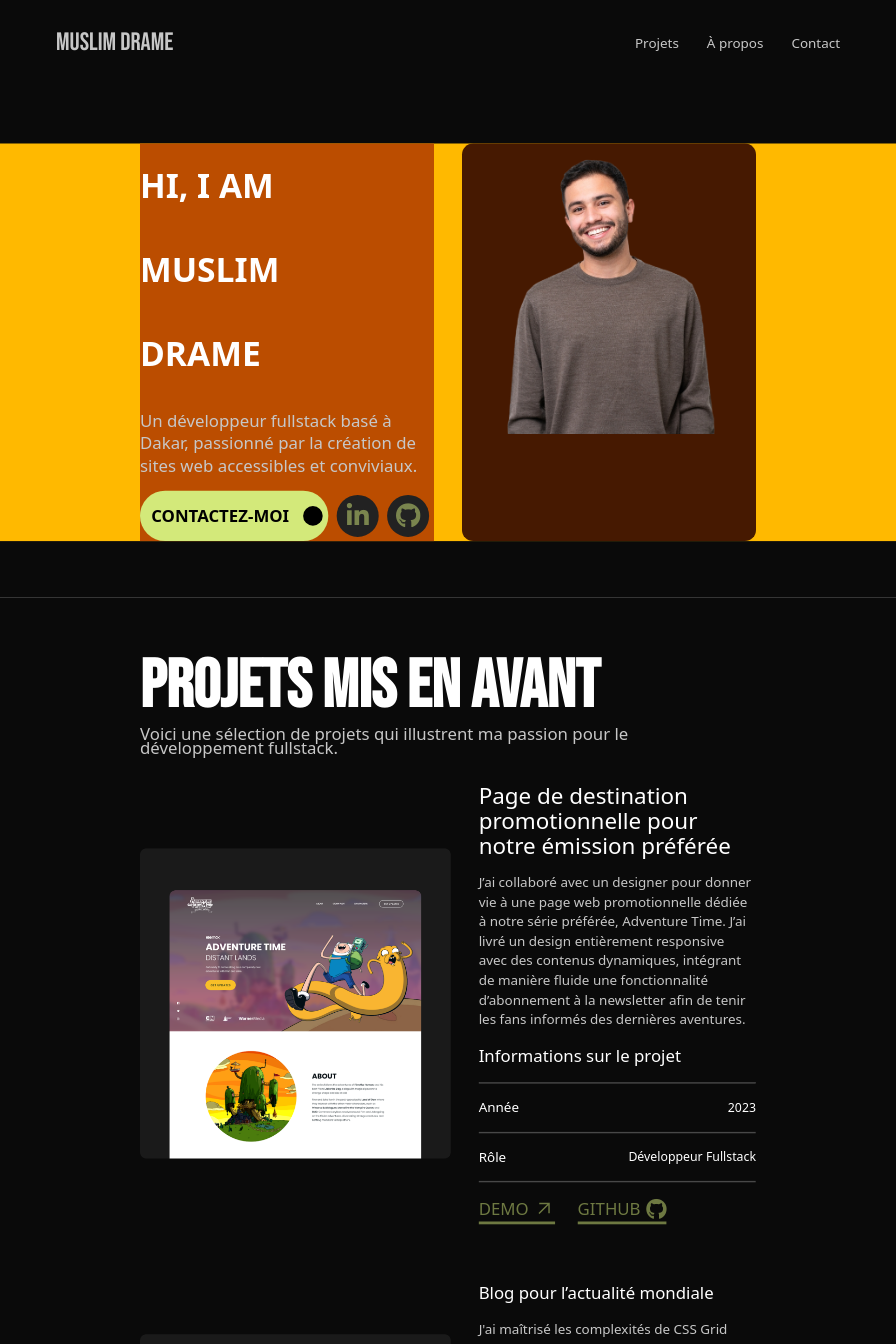
Repository: muslimdrame37-oss/Portfolio1
Page: src/index.html
These files come from the project's save history. The page is drawn as it stood at one moment and after a run of saves; the edit follows.
The browser window is 1280 px wide. The pictures show the part of the page from y = 0 to 1920 px (the page is 4661 px tall), at 70% of full size.
Some web fonts or font styles are not loaded; a fallback is used. Some web libraries are served in a nearby version.

Above is the page before, as saved 2026-02-11 20:31:36.

After the next 2 saves:
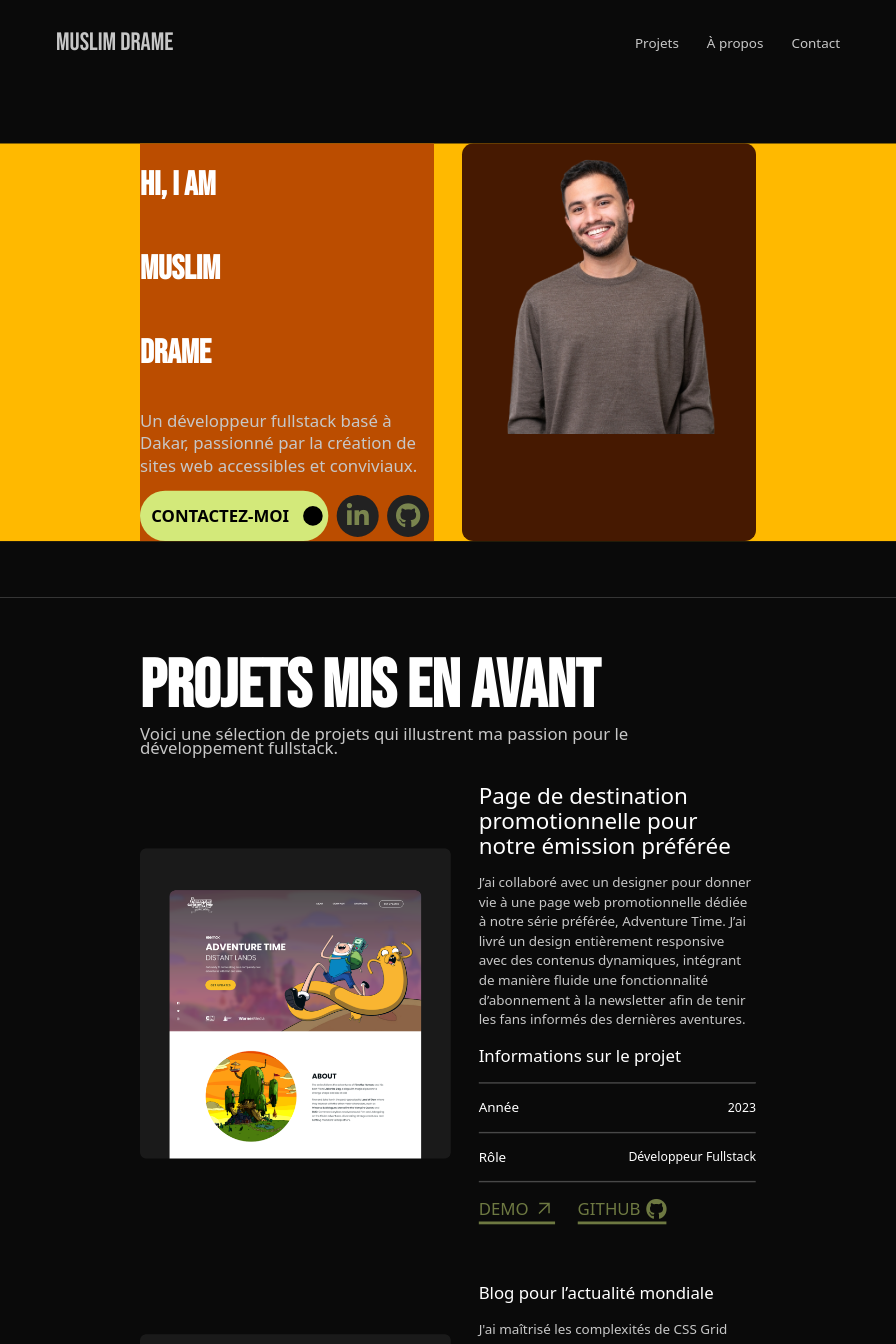
The 2 saves are shown as one change because they came seconds apart.
The last was saved 7 s later.
--- a/src/index.html
+++ b/src/index.html
@@ -46,7 +46,7 @@
         <section class="px-5 mt-20 flex flex-col justify-between gap-10 lg:flex-row lg:px-50 bg-amber-400" aria-label="Section d'accueil">
             <!-- Contenu texte -->
             <div class="flex flex-col gap-5 justify-center lg:w-1/2 bg-amber-700">
-                <h2 class="text-white text-[3rem] font lg:text-[5rem] lg:font-bold lg:leading-30 leading-15 lg:w-1/2">HI, I AM MUSLIM DRAME</h2>
+                <h2 class="text-white text-[3rem] font-bebas lg:text-[5rem] lg:font-bold lg:leading-30 leading-15 lg:w-1/2">HI, I AM MUSLIM DRAME</h2>
                 <p class="text-1xl text-[#C7C7C7] lg:text-2xl">
                     Un développeur fullstack basé à Dakar, passionné par la création de sites web accessibles et conviviaux.
                 </p>
